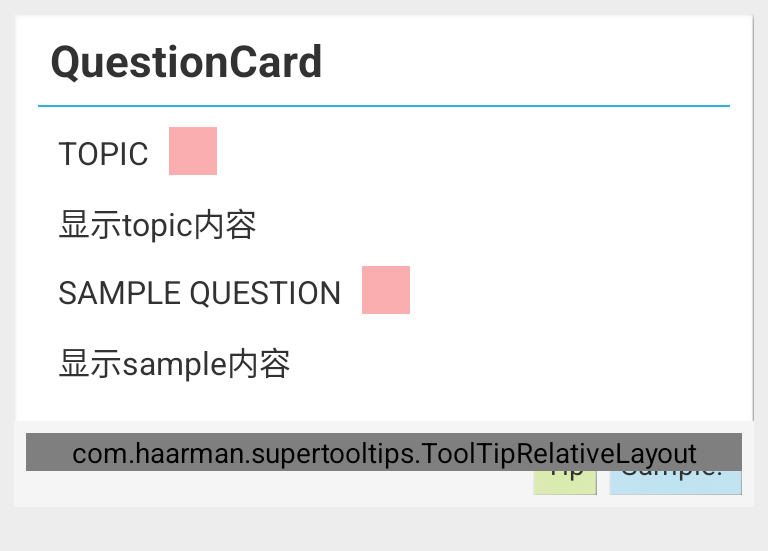
Repository: hellcan/privateReader
Layout: ToeflWrittingAssistant/res/layout/topic_listview_item_detail_activity.xml
The author's editor kept a copy of each file at every save. The layout is drawn from the files as they stood at one save, then again after a run of saves.
The pictures show rows 0 to 551 of an output 1280 px tall.
Pictures or frames that could not be fetched are drawn as grey boxes. It is drawn on a 768 x 1280 px phone screen (xhdpi) without system bars, with theme AppTheme; the app's code is not run.

Above is the layout before, as saved 2014-04-28 10:04:45.

After the next 2 saves:
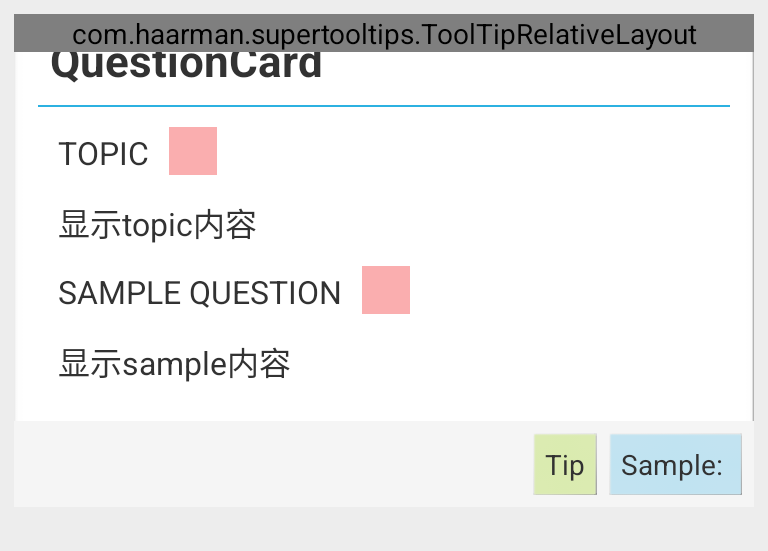
The 2 saves are shown as one change because they came seconds apart.
The last was saved 11 s later.
--- a/ToeflWrittingAssistant/res/layout/topic_listview_item_detail_activity.xml
+++ b/ToeflWrittingAssistant/res/layout/topic_listview_item_detail_activity.xml
@@ -122,7 +122,11 @@
             android:text="显示sample内容"
             android:textSize="16sp" />
 
-
+        <com.haarman.supertooltips.ToolTipRelativeLayout
+            android:id="@+id/topic_tooltipframelayout"
+            android:layout_width="match_parent"
+            android:layout_height="match_parent"
+            />
 
         <RelativeLayout
             android:id="@+id/relative"
@@ -152,11 +156,7 @@
                 android:background="@drawable/tip_button_background_selector"
                 android:padding="6dp"
                 android:text="Tip" />
-            <com.haarman.supertooltips.ToolTipRelativeLayout
-            android:id="@+id/topic_tooltipframelayout"
-            android:layout_width="match_parent"
-            android:layout_height="match_parent"
-            />
+
         </RelativeLayout>
 
     </RelativeLayout>
